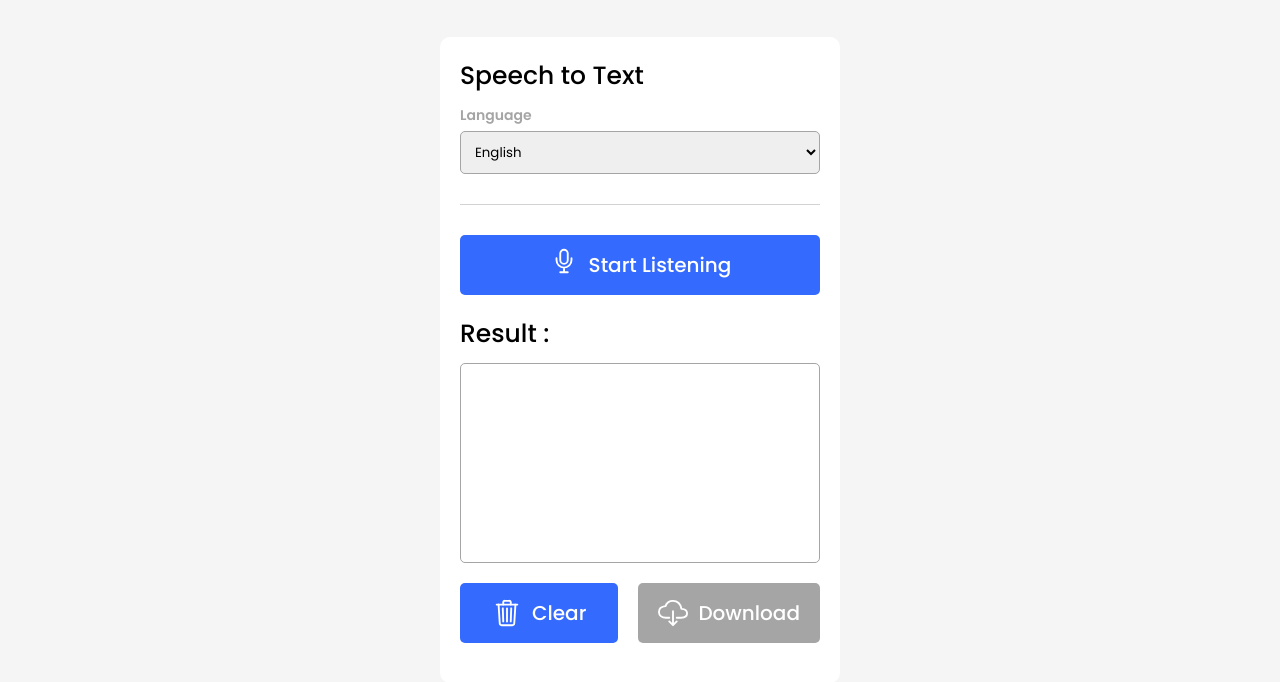
Repository: tsthuy/SpeechToText
Page: index.html
An editor plug-in stored every save of this project. The page is shown before and after the next save, followed by the edit.
The browser window is 1280 px wide. The pictures show the whole page.

Above is the page before, as saved 2023-08-28 02:53:24.

### index.html
<!DOCTYPE html>
<html lang="en">
  <head>
    <meta charset="UTF-8" />
    <meta http-equiv="X-UA-Compatible" content="IE=edge" />
    <meta name="viewport" content="width=device-width, initial-scale=1.0" />
    <link rel="stylesheet" href="style.css" />
    <title>Speech to Text</title>
  </head>
  <body>
    <div class="container">
      <p class="heading">Speech to Text</p>
      <div class="options">
        <div class="anguage">
          <p>Language</p>
          <select name="input-language" id="language"></select>
        </div>
      </div>
      <div class="line"></div>
      <button class="btn record">
        <div class="icon">
          <ion-icon name="mic-outline"></ion-icon>
          <img src="bars.svg" alt="" />
        </div>
        <p>Start Listening</p>
      </button>
      <p class="heading">Result :</p>
      <div
        class="result"
        spellcheck="false"
        placeholder="Text will be shown here"
      >
        <p class="interim"></p>
      </div>
      <div class="buttons">
        <button class="btn clear">
          <ion-icon name="trash-outline"></ion-icon>
          <p>Clear</p>
        </button>
        <button class="btn download" disabled>
          <ion-icon name="cloud-download-outline"></ion-icon>
          <p>Download</p>
        </button>
      </div>
    </div>

    <!-- IONICONS -->
    <script
      type="module"
      src="https://unpkg.com/ionicons@5.5.2/dist/ionicons/ionicons.esm.js"
    ></script>
    <script
      nomodule
      src="https://unpkg.com/ionicons@5.5.2/dist/ionicons/ionicons.js"
    ></script>

    <!-- LANGUAGES -->
    <script src="languages.js"></script>

    <!-- SCRIPT -->
    <script src="script.js"></script>
  </body>
</html>

### style.css
@import url(https://fonts.googleapis.com/css?family=Poppins:100,100italic,200,200italic,300,300italic,regular,italic,500,500italic,600,600italic,700,700italic,800,800italic,900,900italic);

:root {
  --primary-color: #356aff;
  --bg-color: #fff;
  --text-color: #000;
  --light-text-color: #a5a5a5;
  --body-bg-color: #f5f5f5;
}
* {
  margin: 0;
  padding: 0;
  box-sizing: border-box;
  font-family: "Poppins", sans-serif;
}
body {
  min-height: 100vh;
  display: flex;
  align-items: center;
  justify-content: center;
  background-color: var(--body-bg-color);
  color: var(--text-color);
}
.container {
  width: 400px;
  padding: 20px;
  border-radius: 10px;
  background-color: var(--bg-color);
}
.container .heading {
  font-size: 25px;
  font-weight: 500;
  margin-bottom: 10px;
}
.container .options select {
  width: 100%;
  padding: 10px;
  border: 1px solid var(--light-text-color);
  border-radius: 5px;
  outline: none;
}
.container .options div:not(:last-child) select {
  margin-bottom: 20px;
}

.container .options p {
  font-size: 14px;
  font-weight: 600;
  margin-bottom: 5px;
  color: var(--light-text-color);
}
.container .line {
  position: relative;
  width: 100%;
  height: 1px;
  background-color: var(--light-text-color);
  opacity: 0.5;
  margin: 30px 0;
}
.btn {
  display: flex;
  align-items: center;
  justify-content: center;
  gap: 10px;
  margin-bottom: 20px;
  height: 60px;
  padding: 20px;
  width: 100%;
  outline: none;
  border: none;
  border-radius: 5px;
  font-size: 20px;
  font-weight: 500;
  cursor: pointer;
  color: #fff;
  background-color: var(--primary-color);
}
.btn ion-icon {
  font-size: 30px;
}
.btn:disabled {
  background-color: var(--light-text-color);
  cursor: not-allowed;
}
.container .record img {
  width: 30px;
  height: 30px;
  display: none;
}
.container .record.recording img {
  display: block;
}
.container .record.recording ion-icon {
  display: none;
}
.container .result {
  width: 100%;
  min-height: 200px;
  padding: 10px;
  border: 1px solid var(--light-text-color);
  border-radius: 5px;
  font-size: 18px;
  font-weight: 500;
  margin-bottom: 20px;
  color: var(--text-color);
}
.container .result p {
  display: inline;
  margin-left: 3px;
  color: var(--light-text-color);
}
.buttons {
  display: flex;
  gap: 20px;
}

### languages.js
const languages = [
  {
    no: "16",
    name: "English",
    native: "English",
    code: "en",
  },
  {
    no: "1",
    name: "Afrikaans",
    native: "Afrikaans",
    code: "af",
  },
  {
    no: "2",
    name: "Albanian",
    native: "Shqip",
    code: "sq",
  },
  {
    no: "3",
    name: "Arabic",
    native: "عربي",
    code: "ar",
  },
  {
    no: "4",
    name: "Armenian",
    native: "Հայերէն",
    code: "hy",
  },
  {
    no: "5",
    name: "Azerbaijani",
    native: "آذربایجان دیلی",
    code: "az",
  },
  {
    no: "6",
    name: "Basque",
    native: "Euskara",
    code: "eu",
  },
  {
    no: "7",
    name: "Belarusian",
    native: "Беларуская",
    code: "be",
  },
  {
    no: "8",
    name: "Bulgarian",
    native: "Български",
    code: "bg",
  },
  {
    no: "9",
    name: "Catalan",
    native: "Català",
    code: "ca",
  },
  {
    no: "10",
    name: "Chinese (Simplified)",
    native: "中文简体",
    code: "zh-CN",
  },
  {
    no: "11",
    name: "Chinese (Traditional)",
    native: "中文繁體",
    code: "zh-TW",
  },
  {
    no: "12",
    name: "Croatian",
    native: "Hrvatski",
    code: "hr",
  },
  {
    no: "13",
    name: "Czech",
    native: "Čeština",
    code: "cs",
  },
  {
    no: "14",
    name: "Danish",
    native: "Dansk",
    code: "da",
  },
  {
    no: "15",
    name: "Dutch",
    native: "Nederlands",
    code: "nl",
  },
  {
    no: "17",
    name: "Estonian",
    native: "Eesti keel",
    code: "et",
  },
  {
    no: "18",
    name: "Filipino",
    native: "Filipino",
    code: "tl",
  },
  {
    no: "19",
    name: "Finnish",
    native: "Suomi",
    code: "fi",
  },
  {
    no: "20",
    name: "French",
    native: "Français",
    code: "fr",
  },
  {
    no: "21",
    name: "Galician",
    native: "Galego",
    code: "gl",
  },
  {
    no: "22",
    name: "Georgian",
    native: "ქართული",
    code: "ka",
  },
  {
    no: "23",
    name: "German",
    native: "Deutsch",
    code: "de",
  },
  {
    no: "24",
    name: "Greek",
    native: "Ελληνικά",
    code: "el",
  },
  {
    no: "25",
    name: "Haitian Creole",
    native: "Kreyòl ayisyen",
    code: "ht",
  },
  {
    no: "26",
    name: "Hebrew",
    native: "עברית",
    code: "iw",
  },
  {
    no: "27",
    name: "Hindi",
    native: "हिन्दी",
    code: "hi",
  },
  {
    no: "28",
    name: "Hungarian",
    native: "Magyar",
    code: "hu",
  },
  {
    no: "29",
    name: "Icelandic",
    native: "Íslenska",
    code: "is",
  },
  {
    no: "30",
    name: "Indonesian",
    native: "Bahasa Indonesia",
    code: "id",
  },
  {
    no: "31",
    name: "Irish",
    native: "Gaeilge",
    code: "ga",
  },
  {
    no: "32",
    name: "Italian",
    native: "Italiano",
    code: "it",
  },
  {
    no: "33",
    name: "Japanese",
    native: "日本語",
    code: "ja",
  },
  {
    no: "34",
    name: "Korean",
    native: "한국어",
    code: "ko",
  },
  {
    no: "35",
    name: "Latvian",
    native: "Latviešu",
    code: "lv",
  },
  {
    no: "36",
    name: "Lithuanian",
    native: "Lietuvių kalba",
    code: "lt",
  },
  {
    no: "37",
    name: "Macedonian",
    native: "Македонски",
    code: "mk",
  },
  {
    no: "38",
    name: "Malay",
    native: "Malay",
    code: "ms",
  },
  {
    no: "39",
    name: "Maltese",
    native: "Malti",
    code: "mt",
  },
  {
    no: "40",
    name: "Norwegian",
    native: "Norsk",
    code: "no",
  },
  {
    no: "41",
    name: "Persian",
    native: "فارسی",
    code: "fa",
  },
  {
    no: "42",
    name: "Polish",
    native: "Polski",
    code: "pl",
  },
  {
    no: "43",
    name: "Portuguese",
    native: "Português",
    code: "pt",
  },
  {
    no: "44",
    name: "Romanian",
    native: "Română",
    code: "ro",
  },
  {
    no: "45",
    name: "Russian",
    native: "Русский",
    code: "ru",
  },
  {
    no: "46",
    name: "Serbian",
    native: "Српски",
    code: "sr",
  },
  {
    no: "47",
    name: "Slovak",
    native: "Slovenčina",
    code: "sk",
  },
  {
    no: "48",
    name: "Slovenian",
    native: "Slovensko",
    code: "sl",
  },
  {
    no: "49",
    name: "Spanish",
    native: "Español",
    code: "es",
  },
  {
    no: "50",
    name: "Swahili",
    native: "Kiswahili",
    code: "sw",
  },
  {
    no: "51",
    name: "Swedish",
    native: "Svenska",
    code: "sv",
  },
  {
    no: "52",
    name: "Thai",
    native: "ไทย",
    code: "th",
  },
  {
    no: "53",
    name: "Turkish",
    native: "Türkçe",
    code: "tr",
  },
  {
    no: "54",
    name: "Ukrainian",
    native: "Українська",
    code: "uk",
  },
  {
    no: "55",
    name: "Urdu",
    native: "اردو",
    code: "ur",
  },
  {
    no: "56",
    name: "Vietnamese",
    native: "Tiếng Việt",
    code: "vi",
  },
  {
    no: "57",
    name: "Welsh",
    native: "Cymraeg",
    code: "cy",
  },
  {
    no: "58",
    name: "Yiddish",
    native: "ייִדיש",
    code: "yi",
  },
];

### script.js
const recordBtn = document.querySelector(".record"),
  result = document.querySelector(".result"),
  downloadBtn = document.querySelector(".download"),
  inputLanguage = document.querySelector("#language"),
  clearBtn = document.querySelector(".clear");

let SpeechRecognition =
    window.SpeechRecognition || window.webkitSpeechRecognition,
  recognition,
  recording = false;

function populateLanguages() {
  languages.forEach((lang) => {
    const option = document.createElement("option");
    option.value = lang.code;
    option.innerHTML = lang.name;
    inputLanguage.appendChild(option);
  });
}

populateLanguages();

function speechToText() {
  try {
    recognition = new SpeechRecognition();
    recognition.lang = inputLanguage.value;
    recognition.interimResults = true;
    recordBtn.classList.add("recording");
    recordBtn.querySelector("p").innerHTML = "Listening...";
    recognition.start();
    recognition.onresult = (event) => {
      const speechResult = event.results[0][0].transcript;
      //detect when intrim results
      if (event.results[0].isFinal) {
        result.innerHTML += " " + speechResult;
        result.querySelector("p").remove();
      } else {
        //creative p with class interim if not already there
        if (!document.querySelector(".interim")) {
          const interim = document.createElement("p");
          interim.classList.add("interim");
          result.appendChild(interim);
        }
        //update the interim p with the speech result
        document.querySelector(".interim").innerHTML = " " + speechResult;
      }
      downloadBtn.disabled = false;
    };
    recognition.onspeechend = () => {
      speechToText();
    };
    recognition.onerror = (event) => {
      stopRecording();
      if (event.error === "no-speech") {
        alert("No speech was detected. Stopping...");
      } else if (event.error === "audio-capture") {
        alert(
          "No microphone was found. Ensure that a microphone is installed."
        );
      } else if (event.error === "not-allowed") {
        alert("Permission to use microphone is blocked.");
      } else if (event.error === "aborted") {
        alert("Listening Stopped.");
      } else {
        alert("Error occurred in recognition: " + event.error);
      }
    };
  } catch (error) {
    recording = false;

    console.log(error);
  }
}

recordBtn.addEventListener("click", () => {
  if (!recording) {
    speechToText();
    recording = true;
  } else {
    stopRecording();
  }
});

function stopRecording() {
  recognition.stop();
  recordBtn.querySelector("p").innerHTML = "Start Listening";
  recordBtn.classList.remove("recording");
  recording = false;
}

function download() {
  const text = result.innerText;
  const filename = "speech.txt";

  const element = document.createElement("a");
  element.setAttribute(
    "href",
    "data:text/plain;charset=utf-8," + encodeURIComponent(text)
  );
  element.setAttribute("download", filename);
  element.style.display = "none";
  document.body.appendChild(element);
  element.click();
  document.body.removeChild(element);
}

downloadBtn.addEventListener("click", download);

clearBtn.addEventListener("click", () => {
  result.innerHTML = "";
  downloadBtn.disabled = true;
});

After the next save:
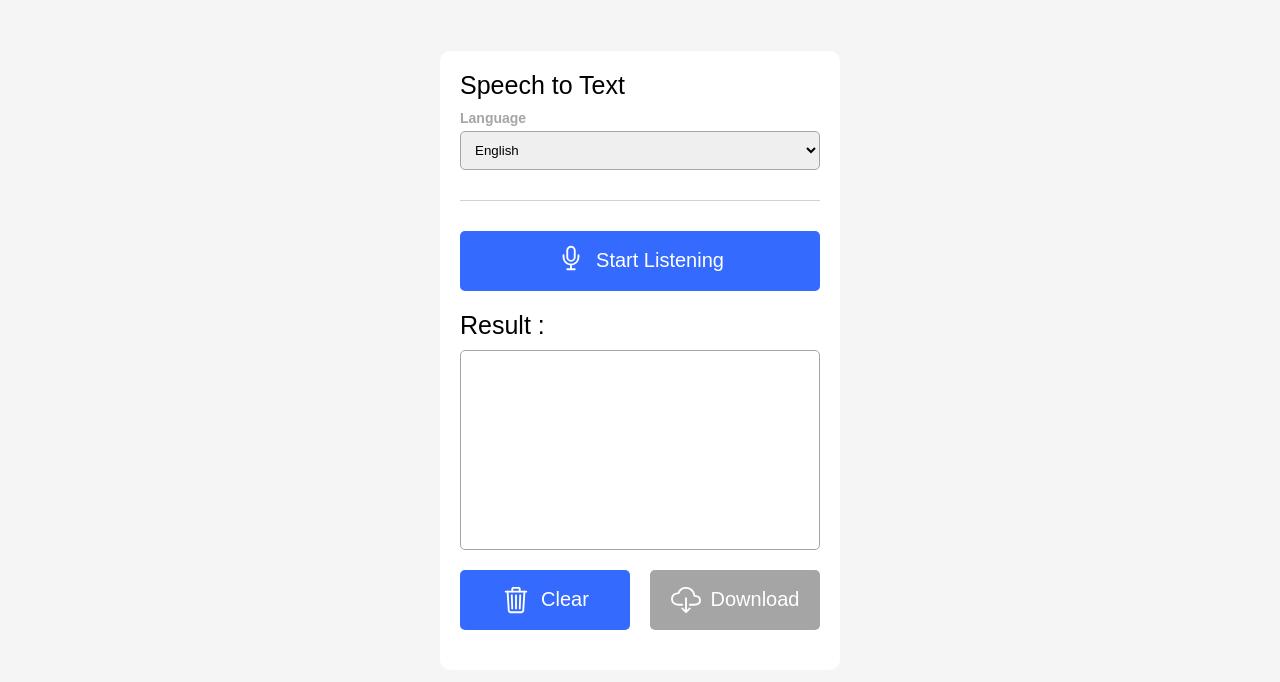
Saved 2 min 24 s later.
--- a/style.css
+++ b/style.css
@@ -11,7 +11,7 @@
   margin: 0;
   padding: 0;
   box-sizing: border-box;
-  font-family: "Poppins", sans-serif;
+  font-family: "Quick-sand", sans-serif;
 }
 body {
   min-height: 100vh;
